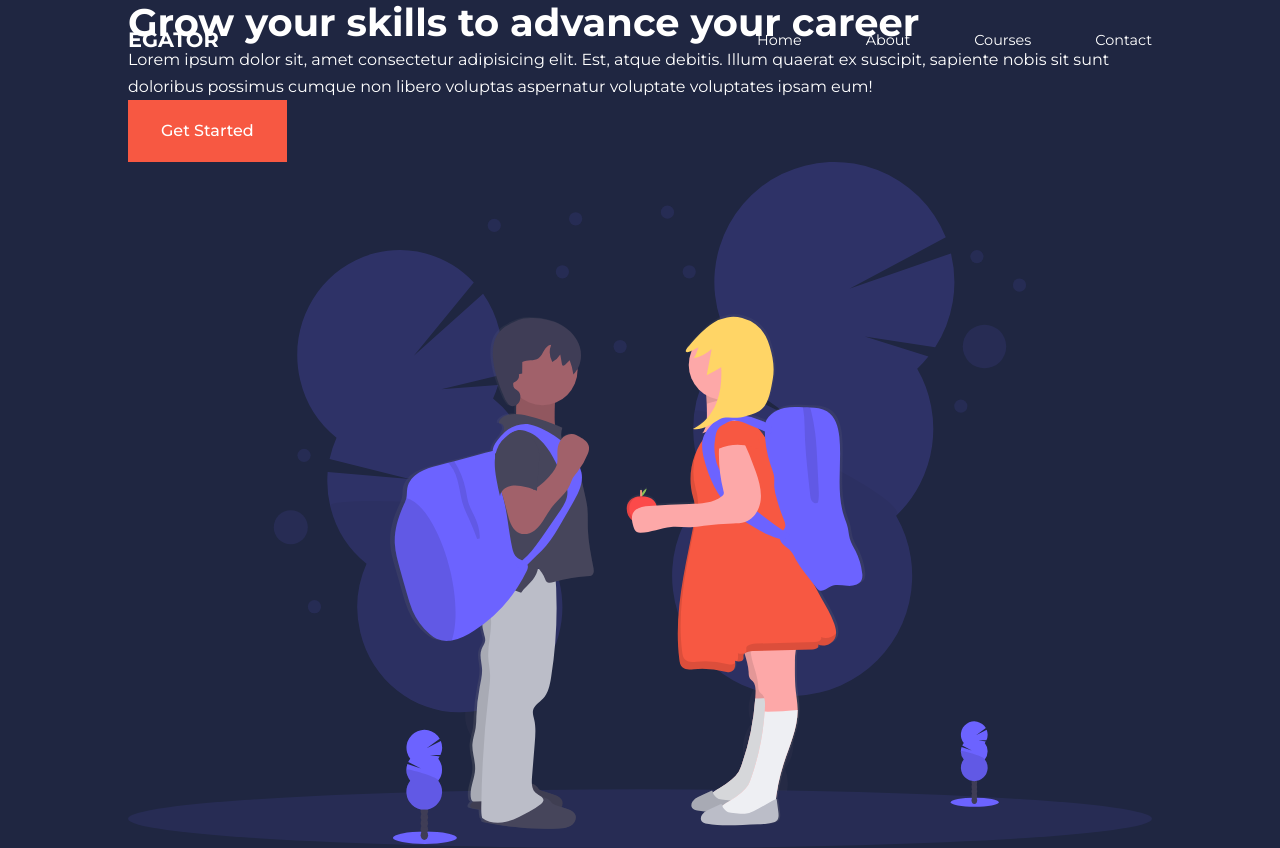
Repository: QUANGTHAI2003/education-web
Page: index.html
These files come from the project's save history. The page is drawn as it stood at one moment and after the next save; the edit follows.
The browser window is 1280 px wide. The pictures show the whole page.

Above is the page before, as saved 2022-03-10 22:17:20.

### index.html
<!DOCTYPE html>
<html lang="en">

<head>
    <meta charset="UTF-8" />
    <meta http-equiv="X-UA-Compatible" content="IE=edge" />
    <meta name="viewport" content="width=device-width, initial-scale=1.0" />
    <title>Responsive Multipage Education</title>
    <!-- ICONSCOUT CDN -->
    <link rel="stylesheet" href="https://unicons.iconscout.com/release/v2.1.6/css/unicons.css" />
    <!-- GOOGLE FONTS -->
    <link rel="preconnect" href="https://fonts.googleapis.com" />
    <link rel="preconnect" href="https://fonts.gstatic.com" crossorigin />
    <link
        href="https://fonts.googleapis.com/css2?family=Montserrat:wght@300;400;500;600;700;800;900&family=Poppins:wght@300;400;600&display=swap"
        rel="stylesheet" />

    <link rel="stylesheet" href="./css/style.css" />
</head>

<body>
    <nav>
        <div class="container nav__container">
            <a href="index.html">
                <h4>EGATOR</h4>
            </a>
            <ul class="nav__menu">
                <li><a href="index.html">Home</a></li>
                <li><a href="about.html">About</a></li>
                <li><a href="courses.html">Courses</a></li>
                <li><a href="contact.html">Contact</a></li>
            </ul>
            <button id="open-menu-btn">
                <i class="uil uil-bars"></i>
            </button>
            <button id="close-menu-btn">
                <i class="uil uil-multiply"></i>
            </button>
        </div>
    </nav>
    <!-- END OF NAVBAR -->
    <header>
        <div class="container header__container">
            <div class="header__left">
                <h1>Grow your skills to advance your career</h1>
                <p>
                    Lorem ipsum dolor sit, amet consectetur adipisicing
                    elit. Est, atque debitis. Illum quaerat ex suscipit,
                    sapiente nobis sit sunt doloribus possimus cumque non
                    libero voluptas aspernatur voluptate voluptates ipsam
                    eum!
                </p>
                <a href="courses.html" class="btn btn-primary">Get Started</a>
            </div>
            <div class="header__right">
                <div class="header__right-image">
                    <img src="./images/header.svg" alt="">
                </div>
            </div>
        </div>
    </header>
    <!-- END OF HEADER -->

</body>

</html>

### css/style.css
* {
    margin: 0;
    padding: 0;
    border: 0;
    outline: 0;
    text-decoration: none;
    list-style: none;
    box-sizing: border-box;
}

:root {
    --color-primary: #6c63ff;
    --color-success: #00bf8e;
    --color-warning: #f7c94b;
    --color-danger: #f75842;
    --color-danger-variant: rgba(247, 88, 66, 0.4);
    --color-white: #fff;
    --color-light: rgba(255, 255, 255, 0.7);
    --color-black: #000;
    --color-bg: #1f2641;
    --color-bg1: #2e3267;
    --color-bg2: #424890;

    --container-width-lg: 80%;
    --container-width-md: 90%;
    --container-width-sm: 94%;

    --transition: all 400ms ease;
}

body {
    font-family: 'Montserrat', sans-serif;
    line-height: 1.7;
    color: var(--color-white);
    background: var(--color-bg);
}

.container {
    width: var(--container-width-lg);
    margin: 0 auto;
}

section {
    padding: 6rem 0;
}

section h2 {
    text-align: center;
    margin-bottom: 4rem;
}

h1,
h2,
h3,
h4,
h5 {
    line-height: 1.2;
}

h1 {
    font-size: 2.4rem;
}

h2 {
    font-size: 2rem;
}

h3 {
    font-size: 1.3rem;
}

h4 {
    font-size: 1.3rem;
}

a {
    color: var(--color-white);
}

img {
    width: 100%;
    display: block;
    object-fit: cover;
}

.btn {
    display: inline-block;
    background: var(--color-white);
    color: var(--color-black);
    padding: 1rem 2rem;
    border: 1px solid transparent;
    font-weight: 500;
    transition: var(--transition);
}

.btn:hover {
    background: transparent;
    color: var(--color-white);
    border-color: var(--color-white);
}

.btn-primary {
    background: var(--color-danger);
    color: var(--color-white);
}

/* ================= NAVBAR =================*/
nav {
    background: transparent;
    width: 100vw;
    height: 5rem;
    position: fixed;
    top: 0;
    z-index: 11;
}

.nav__container {
    height: 100%;
    display: flex;
    justify-content: space-between;
    align-items: center;
}

nav button {
    display: none;
}

.nav__menu {
    display: flex;
    align-items: center;
    gap: 4rem;
}

.nav__menu a {
    font-size: 0.9rem;
    transition: var(--transition);
}

.nav__menu a:hover {
    color: var(--color-bg2);
}

/* ================= HEADER =================*/

After the next save:
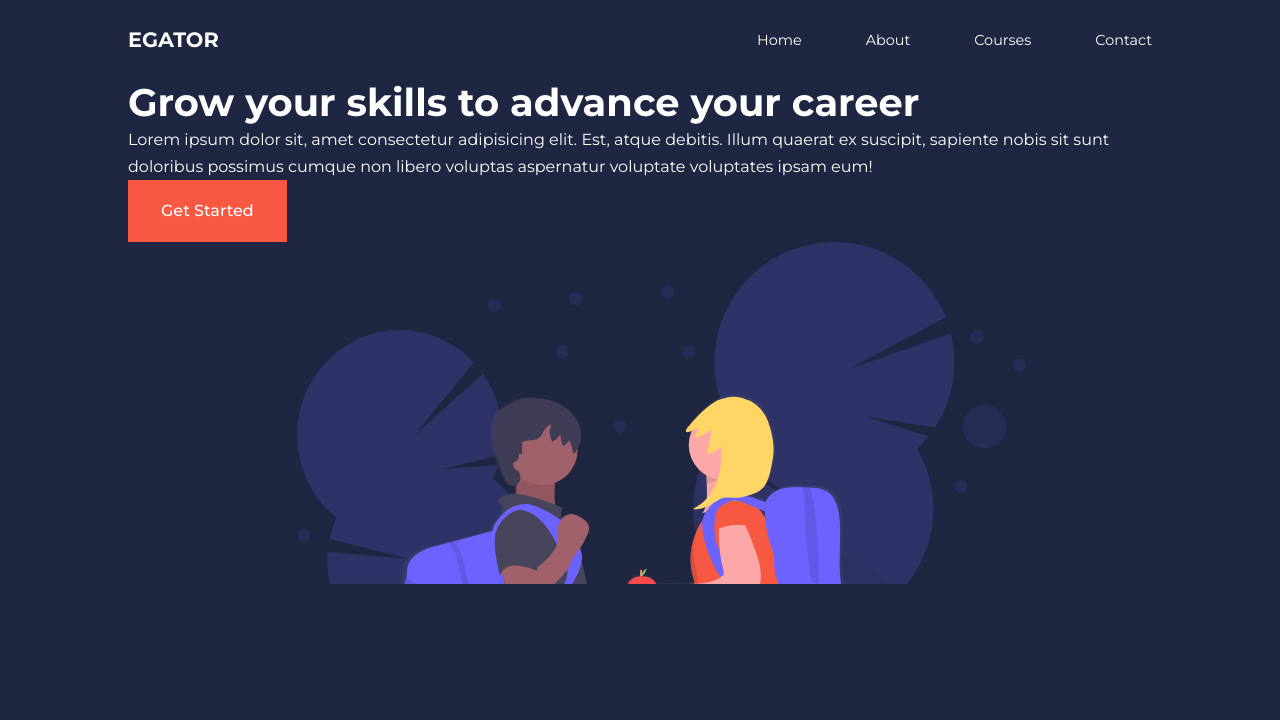
Saved 58 s later.
--- a/css/style.css
+++ b/css/style.css
@@ -141,3 +141,10 @@ nav button {
 }
 
 /* ================= HEADER =================*/
+header {
+    position: relative;
+    top: 5rem;
+    overflow: hidden;
+    height: 70vh;
+    margin-bottom: 5rem;
+}
